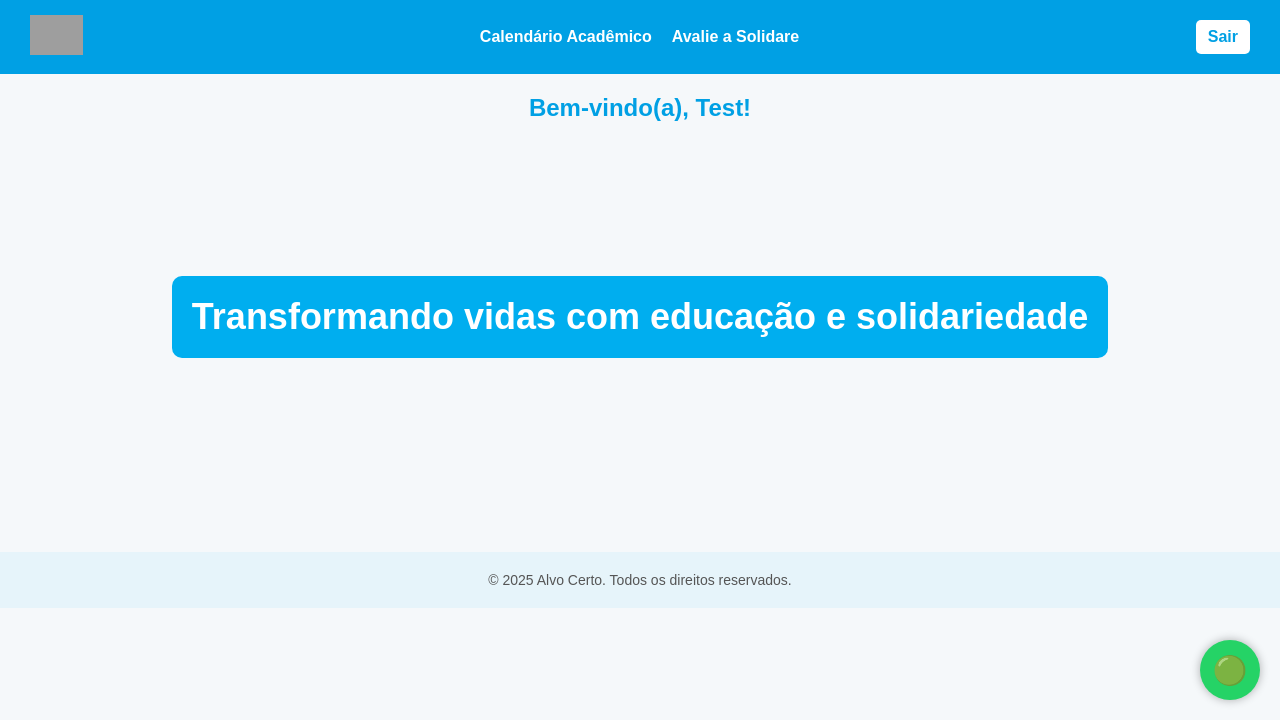
Repository: Guilherme-burle/Portal-do-Aluno-P2
Page: http://localhost/
These files come from the project's save history. The page is drawn as it stood at one moment and after the next save; the edit follows.
The browser window is 1280 px wide. The pictures show the whole page.
Pictures or frames that could not be fetched are drawn as grey boxes. The page is served by the project's application, run on Django 5.2 (PortaldoAluno/manage.py). A made-up administrator, testuser (Test User, test@example.com), is signed in. Other server files are loaded and not shown.

Above is the page before, as saved 2025-05-16 16:50:52.

### PortaldoAluno/Aplicativo/templates/home.html
<!DOCTYPE html>
<html lang="pt-BR">
<head>
  <meta charset="UTF-8">
  <title>Home - Alvo Certo</title>
  <style>
    * {
      box-sizing: border-box;
    }

    body {
      margin: 0;
      font-family: Arial, sans-serif;
      background-color: #f5f8fa;
    }

    header {
      background-color: #00a0e4;
      padding: 15px 30px;
      display: flex;
      align-items: center;
      justify-content: space-between;
      position: sticky;
      top: 0;
      z-index: 1000;
      flex-wrap: wrap;
    }

    .logo img {
      height: 40px;
    }

    nav ul {
      list-style: none;
      margin: 0;
      padding: 0;
      display: flex;
      gap: 20px;
    }

    nav ul li a {
      color: white;
      text-decoration: none;
      font-weight: bold;
      transition: color 0.3s ease;
    }

    nav ul li a:hover {
      color: #ccefff;
    }

    .auth-buttons {
      display: flex;
      gap: 10px;
    }

    .auth-buttons a {
      background-color: white;
      color: #00a0e4;
      padding: 8px 12px;
      border-radius: 5px;
      text-decoration: none;
      font-weight: bold;
    }

    .auth-buttons a:hover {
      background-color: #e6f4fa;
    }

    .banner {
      background-size: cover;
      background-position: center;
      height: 350px;
      display: flex;
      align-items: center;
      justify-content: center;
      color: white;
      text-align: center;
      animation: zoomIn 20s infinite alternate ease-in-out;
    }

    @keyframes zoomIn {
      from {
        background-size: 100%;
      }
      to {
        background-size: 110%;
      }
    }

    .banner h1 {
      background-color: rgb(0, 174, 239);
      padding: 20px;
      border-radius: 10px;
      font-size: 36px;
    }

    .whatsapp-float {
      position: fixed;
      bottom: 20px;
      right: 20px;
      background-color: #25d366;
      color: white;
      border-radius: 50%;
      width: 60px;
      height: 60px;
      display: flex;
      align-items: center;
      justify-content: center;
      font-size: 28px;
      box-shadow: 0 0 10px rgba(0,0,0,0.3);
      z-index: 999;
      text-decoration: none;
    }

    footer {
      background-color: #e6f4fa;
      text-align: center;
      padding: 20px;
      margin-top: 60px;
      font-size: 14px;
      color: #555;
    }

    @media (max-width: 768px) {
      nav ul {
        flex-wrap: wrap;
        gap: 10px;
        margin-top: 10px;
      }

      .auth-buttons {
        margin-top: 10px;
      }

      .banner h1 {
        font-size: 24px;
        padding: 10px;
      }
    }
  </style>
</head>
<body>

  <header>
    <div class="logo">
      <img src="https://i.imgur.com/7H8lMIL.png" alt="Logo Alvo Certo">
    </div>

    <nav>
      <ul>
        {% if user.is_authenticated %}
        <li><a href="{% url 'calendario' %}">Calendário Acadêmico</a></li>
        <li><a href="{% url 'avaliacao' %}">Avalie a Solidare</a></li>
        {% endif %}
      </ul>
    </nav>

    <div class="auth-buttons">
      {% if user.is_authenticated %}
        <a href="{% url 'logout' %}">Sair</a>
      {% else %}
        <a href="{% url 'login' %}">Login</a>
        <a href="{% url 'cadastro' %}">Cadastro</a>
      {% endif %}
    </div>
  </header>

  {% if user.is_authenticated %}
  <h2 style="text-align: center; color: #00a0e4; margin-top: 20px;">
    Bem-vindo(a), {{ user.first_name|default:"usuário" }}!
  </h2>
  {% endif %}

  <section class="banner">
    <h1>Transformando vidas com educação e solidariedade</h1>
  </section>

  <a class="whatsapp-float" href="https://wa.me/5581932514480" target="_blank" title="Fale conosco no WhatsApp">
    🟢
  </a>

  <footer>
    © 2025 Alvo Certo. Todos os direitos reservados.
  </footer>

</body>
</html>

### PortaldoAluno/Aplicativo/decorators.py
from django.shortcuts import redirect

def login_required(view_func):
    def wrapper(request, *args, **kwargs):
        if not request.user.is_authenticated:
            return redirect('login')
        return view_func(request, *args, **kwargs)
    return wrapper

### PortaldoAluno/Aplicativo/views.py
from django.contrib.auth import logout
from django.contrib.auth.models import User
from django.shortcuts import render, redirect, get_object_or_404
from django.contrib.auth import authenticate, login as auth_login
from .models import Aluno, Avaliacao, EventoCalendario
from django.contrib import messages
from django.urls import reverse
from .decorators import login_required
from django.contrib.auth.hashers import make_password
from datetime import datetime
from datetime import date

@login_required
def home(request):
    return render(request, 'home.html')

@login_required
def home_adm(request):
    alunos = Aluno.objects.all()
    return render(request, 'homeadm.html', {'alunos': alunos})

def cadastro(request):
    if request.method == 'POST':
        nome = request.POST.get('nome')
        email = request.POST.get('email')
        senha = request.POST.get('senha')
        is_admin = request.POST.get('is_admin') == 'on'

        print(f"Nome: {nome}")
        print(f"E-mail: {email}")
        print(f"Senha: {senha}")
        print(f"Administrador: {is_admin}")

        if User.objects.filter(email=email).exists():
            return render(request, 'cadastro.html', {'mensagem': 'E-mail já está em uso.'})

        try:
            user = User.objects.create_user(
                username=email,
                email=email,
                password=senha,
                first_name=nome,
                is_superuser=is_admin,
                is_staff=is_admin
            )
            user.save()

            print(f"Usuário {user.username} cadastrado com sucesso!")

            return redirect('login')

        except Exception as e:
            print(f"Erro ao criar o usuário: {e}")
            return render(request, 'cadastro.html', {
                'mensagem': 'Erro ao cadastrar o usuário. Tente novamente.',
                'tipo_mensagem': 'error'
            })

    return render(request, 'cadastro.html')

def login(request):
    if request.method == 'POST':
        username = request.POST.get('username')
        password = request.POST.get('password')

        print(f"Username: {username}, Password: {password}")
        user = authenticate(request, username=username, password=password)

        if user:
            print("Usuário autenticado!")
            auth_login(request, user)
            return redirect('homeadm') if user.is_staff else redirect('home')
        else:
            print("Dados inválidos")
            return render(request, 'login.html', {'erro': 'Credenciais inválidas'})

    return render(request, 'login.html')

@login_required
def logout_view(request):
    logout(request)
    return redirect('home')

@login_required
def add_aluno(request):
    if request.method == 'POST':
        nome = request.POST.get('nome')
        data_nascimento = request.POST.get('data_nascimento')
        escolaridade = request.POST.get('escolaridade')
        turno = request.POST.get('turno')
        escola = request.POST.get('escola')
        endereco = request.POST.get('endereco')
        bairro = request.POST.get('bairro')
        telefone = request.POST.get('telefone')
        curso = request.POST.get('curso')

        if not all([nome, data_nascimento, escolaridade, turno, escola, endereco, bairro, telefone, curso]):
            return render(request, 'add.html', {'erro': 'Todos os campos são obrigatórios'})

        aluno = Aluno.objects.create(
            nome=nome,
            data_nascimento=data_nascimento,
            escolaridade=escolaridade,
            turno=turno,
            escola=escola,
            endereco=endereco,
            bairro=bairro,
            telefone=telefone,
            curso=curso,
        )

        aluno.save()

        messages.success(request, 'Aluno cadastrado com sucesso!')
        return render(request, 'add.html')

    return render(request, 'add.html')

@login_required
def ver(request):
    alunos = Aluno.objects.all()

    return render(request, 'ver.html', {'alunos': alunos})

@login_required
def deletar_alunos(request, aluno_id):
    aluno = get_object_or_404(Aluno, id=aluno_id)
    aluno.delete()
    return redirect(request.META.get('HTTP_REFERER', 'ver'))

@login_required
def editar_alunos(request, aluno_id):
    aluno = get_object_or_404(Aluno, id=aluno_id)

    if request.method == 'POST':
        nome = request.POST.get('nome')
        data_nascimento = request.POST.get('data_nascimento')
        escolaridade = request.POST.get('escolaridade')
        turno = request.POST.get('turno')
        escola = request.POST.get('escola')
        endereco = request.POST.get('endereco')
        bairro = request.POST.get('bairro')
        telefone = request.POST.get('telefone')
        curso = request.POST.get('curso')

        alterado = (
            nome != aluno.nome or
            data_nascimento != str(aluno.data_nascimento) or
            escolaridade != aluno.escolaridade or
            turno != aluno.turno or
            escola != aluno.escola or
            endereco != aluno.endereco or
            bairro != aluno.bairro or
            telefone != aluno.telefone or
            curso != aluno.curso
        )

        if alterado:
            aluno.nome = nome
            aluno.data_nascimento = data_nascimento
            aluno.escolaridade = escolaridade
            aluno.turno = turno
            aluno.escola = escola
            aluno.endereco = endereco
            aluno.bairro = bairro
            aluno.telefone = telefone
            aluno.curso = curso
            aluno.save()
            messages.success(request, 'Informações atualizadas com sucesso!')
        else:
            messages.error(request, 'Você precisa alterar alguma informação.')

    return render(request, 'editar.html', {'aluno': aluno})

@login_required
def avaliar_solidare(request):
    if request.method == 'POST':
        pergunta_1 = request.POST.get('pergunta_1')
        pergunta_2 = request.POST.get('pergunta_2')
        pergunta_3 = request.POST.get('pergunta_3')
        sugestao = request.POST.get('sugestao', '')

        if not all([pergunta_1, pergunta_2, pergunta_3]):
            messages.error(request, 'Responda todos os campos.')
            return render(request, 'avaliacao.html')

        Avaliacao.objects.create(
            pergunta_1=pergunta_1,
            pergunta_2=pergunta_2,
            pergunta_3=pergunta_3,
            sugestao=sugestao
        )
        messages.success(request, 'Avaliação enviada com sucesso!')

    return render(request, 'avaliacao.html')

@login_required
def calendario(request):
    hoje = date.today()
    eventos = EventoCalendario.objects.filter(user=request.user).order_by('data')
    meses = ["Janeiro", "Fevereiro", "Março", "Abril", "Maio", "Junho", "Julho", "Agosto", "Setembro", "Outubro", "Novembro", "Dezembro"]
    dias_semana = ["Dom", "Seg", "Ter", "Qua", "Qui", "Sex", "Sab"]
    contexto = {
        'meses': meses,
        'dias_semana': dias_semana,
        'eventos': eventos,
        'ano_atual': hoje.year,
        'mes_atual': hoje.month - 1
    }
    return render(request, 'calendario.html', contexto)

@login_required
def add_eventos(request):
    data = request.GET.get('data')

    if request.method == 'POST':
        nome = request.POST.get('nome')
        descricao = request.POST.get('descricao')


        if nome and data:
            EventoCalendario.objects.create(nome=nome, data=data, descricao=descricao, user=request.user)
            from django.contrib import messages
            messages.success(request, "Evento adicionado com sucesso!")
            return redirect('calendario')
        else:
            return render(request, 'add_eventos.html', {'erro': 'Dados incompletos.', 'data': data})

    if not data:
        return render(request, 'erro.html', {'mensagem': 'Data não informada.'})

    return render(request, 'add_eventos.html', {'data': data})

### PortaldoAluno/projeto/urls.py
"""
URL configuration for portal project.

The `urlpatterns` list routes URLs to views. For more information please see:
    https://docs.djangoproject.com/en/5.2/topics/http/urls/
Examples:
Function views
    1. Add an import:  from my_app import views
    2. Add a URL to urlpatterns:  path('', views.home, name='home')
Class-based views
    1. Add an import:  from other_app.views import Home
    2. Add a URL to urlpatterns:  path('', Home.as_view(), name='home')
Including another URLconf
    1. Import the include() function: from django.urls import include, path
    2. Add a URL to urlpatterns:  path('blog/', include('blog.urls'))
"""
from django.contrib import admin
from django.urls import path, include

urlpatterns = [
    path('admin/', admin.site.urls),
    path('', include('Aplicativo.urls')),
]

### PortaldoAluno/Aplicativo/urls.py
from django.urls import path
from . import views

urlpatterns = [
    path('', views.home, name='home'),
    path('login/', views.login, name='login'),
    path('logout/', views.logout_view, name='logout'),
    path('cadastro/', views.cadastro, name='cadastro'),
    path('add/', views.add_aluno, name='add'),
    path('homeadm/', views.home_adm, name='homeadm'),
    path('ver/', views.ver, name='ver'),
    path('ver/<int:aluno_id>/deletar', views.deletar_alunos, name='deletar'),
    path('ver/<int:aluno_id>/editar', views.editar_alunos, name='editar'),
    path('avaliacao/', views.avaliar_solidare, name='avaliacao'),
    path('calendario/', views.calendario, name='calendario'),
    path('add_eventos/', views.add_eventos, name='add_eventos'),
]

After the next save:
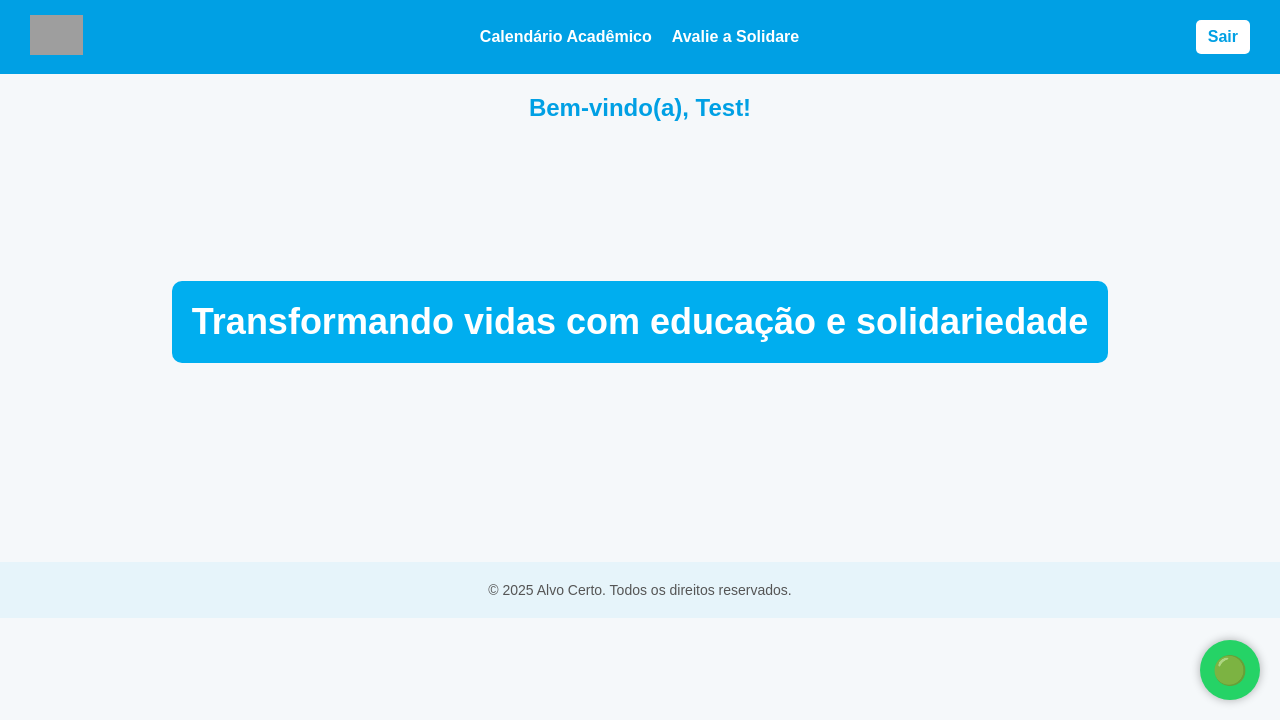
Saved 12 s later.
--- a/PortaldoAluno/Aplicativo/templates/home.html
+++ b/PortaldoAluno/Aplicativo/templates/home.html
@@ -70,7 +70,7 @@
     .banner {
       background-size: cover;
       background-position: center;
-      height: 350px;
+      height: 360px;
       display: flex;
       align-items: center;
       justify-content: center;
